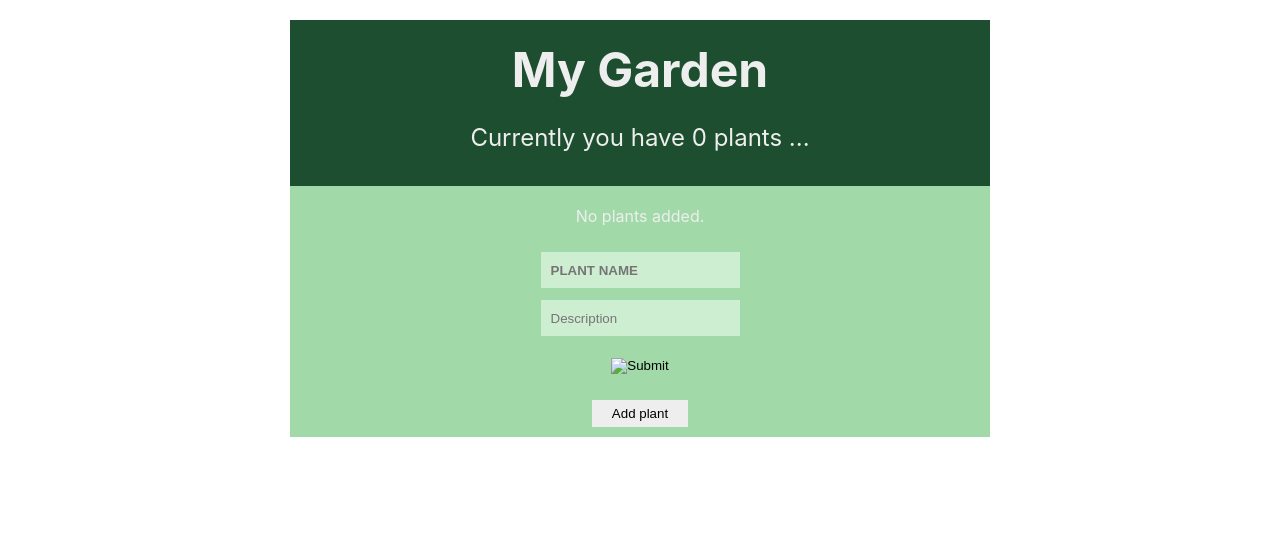
Repository: shadowmare358/MyGarden-with-Hooks-Context-Router
Page: /
These files come from the project's save history. The page is drawn as it stood at one moment and after a run of saves; the edit follows.
The browser window is 1280 px wide. The pictures show the whole page.
The project was rebuilt for these pictures with package versions that can differ from the ones it lists, and the page was loaded fresh each time. Also part of the build but not shown: src/components/BookDetails.js.

Above is the page before, as saved 2019-07-16 21:50:11.

### src/index.css
html{
  background-repeat: no-repeat;
  background-size: cover;
}
body {
  margin: 0;
  font-family: -apple-system, BlinkMacSystemFont, "Segoe UI", "Roboto", "Oxygen",
    "Ubuntu", "Cantarell", "Fira Sans", "Droid Sans", "Helvetica Neue",
    sans-serif;
  -webkit-font-smoothing: antialiased;
  -moz-osx-font-smoothing: grayscale;

}
.App{
  background: #a1daa8;
  margin: 20px auto;
  width: 90%;
  max-width: 700px;
  color: #eee;
}
.navbar{
  font-size: 24px;
  padding: 10px 20px;
  text-align: center;
  background: #1d4e30
}
.navbar h1{
  margin: 10px 0;
}

.book-list{
  margin: 20px;
}
.book-list ul{
  padding: 0;
  list-style-type: none;
}
.book-list li{
  display: flex;
  background: #215f2b;
  border-radius: 4px;
  padding: 10px;
  cursor: pointer;
  margin: 10px 0;
}
.book-list li:hover{
  opacity: 0.7;
  text-decoration: line-through;
}
.book-list .name{
  font-weight: bold;
  color: #fff;
  font-size: 1.2em;
}
.book-list .text{
  flex-grow: 1;
  align-self: center;
  font-size: 0.9em;
  color: #ddd;
}
.empty{
  margin: 20px;
  text-align: center;
}
input[type="desc"]{
  width: 100%;
  align-self: stretch;
  padding: 10px;
  box-sizing: border-box;
  margin: 6px 0;
  background: #ceeed2;
  color: #fff;
  border: 0;
}
input[type="name"]{
  width: 100%;
  align-self: stretch;
  padding: 10px;
  font-weight: bold;
  box-sizing: border-box;
  margin: 6px 0;
  background: #ceeed2;
  color: #fff;
  border: 0;
  text-transform: uppercase;
}
input[type="submit"]{
  margin: 10px auto;
  background: #eee;
  align-items: center;
  border: 0;
  padding: 6px 20px;
  display: inline-block;
}
input[type="image"]{
  margin: 10px auto;
  align-items: center;
  border: 0;
  padding: 6px 20px;
  display: inline-block;
}
form{
  display: grid;
  grid-template-rows: 1fr 1fr 1fr;
  justify-content: center;
}
img{
  width: 90px;
  height: 120px;
  align-self: flex-end;
  border: 5px solid white;
  border-radius: 20%;
}

gardenBtn{

}

### src/App.js
import React from 'react';
import Navbar from './components/Navbar';
import BookContextProvider from './contexts/BookContext';
import BookList from './components/BookList';
import NewBookForm from './components/BookForm';
import { BrowserRouter, Route} from 'react-router-dom'

function App() {
  return (
    <BrowserRouter>
    <div className="App">
      <BookContextProvider>
        <Navbar />
        <BookList />
        <Route path="/" exact component={NewBookForm}/>
        <Route path="/" exact componen/>
      </BookContextProvider>
    </div>
    </BrowserRouter>
  );
}

export default App;

### src/components/Navbar.js
import React, { useContext } from 'react';
import { BookContext } from '../contexts/BookContext';

const Navbar = () => {
  const { books } = useContext(BookContext);
  return (
    <div className="navbar">
      <h1 className="navbar__title">My Garden</h1>
      <p className="navbar__p">Currently you have {books.length} plants ...</p>
    </div>
  );
}

export default Navbar;

### src/contexts/BookContext.js
import React, { createContext, useReducer, useEffect } from 'react';
import { bookReducer } from '../reducers/bookReducer'

export const BookContext = createContext();

const BookContextProvider = (props) => {
  const [books, dispatch] = useReducer(bookReducer, [], () => {
    const localData = localStorage.getItem('books');
    return localData ? JSON.parse(localData) : []
  });
  useEffect(() => {
    localStorage.setItem('books', JSON.stringify(books))
  }, [books])

  return (
    <BookContext.Provider value={{ books, dispatch }}>
      {props.children}
    </BookContext.Provider>
  );
}

export default BookContextProvider;

### src/components/BookList.js
import React, { useContext } from 'react';
import BookDetails from './BookDetails';
import { BookContext } from '../contexts/BookContext';

const BookList = () => {
  const { books } = useContext(BookContext);
  return books.length ? (
    <div className="book-list">
      <ul>
        {books.map(book => {
          return ( <BookDetails book={book} key={book.id} /> );
        })}
      </ul>
    </div>
  ) : (
    <div className="empty">No plants added.</div>
  );
}

export default BookList;

### src/components/BookForm.js
import React, { useContext, useState} from 'react';
import {BookContext} from '../contexts/BookContext';
import plantImg from '../images/E6A94B58-3203-4FB0-9C64-87E1AD2B9DF9.png'
import {Link} from 'react-router-dom';
import MainPage from './MainPage';
import { BrowserRouter as Router, Route } from "react-router-dom";

const NewBookForm = () => {
    const {dispatch} = useContext(BookContext)
    const [title,setTitle] = useState('');
    const [author,setAuthor] = useState('');
    const [image, setImage] = useState('')
    const { books } = useContext(BookContext);

    const handleSubmit = (e) => {
        e.preventDefault();
        dispatch({type: 'ADD_BOOK', book: {title, author, image}})
        setTitle('');
        setAuthor('');
    }
    return (
        <form className="addPage" onSubmit={handleSubmit}>
            <input className="addPage_input-type-name" type="name" placeholder="Plant name" value={title} onChange={(e) => setTitle(e.target.value)} required/>
            <input className="addPage_input-type-desc" type="desc" placeholder="Description" value={author} onChange={(e) => setAuthor(e.target.value)} required/>
            <input className="addPage_input-type-image" type="image" accept="image/*" onChange={(e) => setImage(plantImg)}/>
            <input className="addPage_input-type-submit" type="submit" value="Add plant"/>
            {books.length >= 1 ? <Link to="/mainPage" className="addPage__moveMain">Move to Garden Panel</Link> : ''}
        </form>
     );
}

export default NewBookForm;

### src/reducers/bookReducer.js
import uuid from 'uuid/v1'

export const bookReducer = (state, action) => {
    switch(action.type){
        case 'ADD_BOOK':
            return [...state, {
                title: action.book.title,
                author: action.book.author,
                image: action.book.image,
                id: uuid()
            }]
        case 'REMOVE_BOOK':
            return state.filter(book => book.id !== action.id)
        default:
            return state
    }
}

### src/components/MainPage.js
import React from 'react';
import { Route } from 'react-router-dom';
const MainPage = () => {

        return (
        <h1>MainPage</h1>
        );


}

export default MainPage ;

Loaded but not shown: public/index.html (common file); src/index.js (common file); src/serviceWorker.js (common file)

After the next 2 saves:
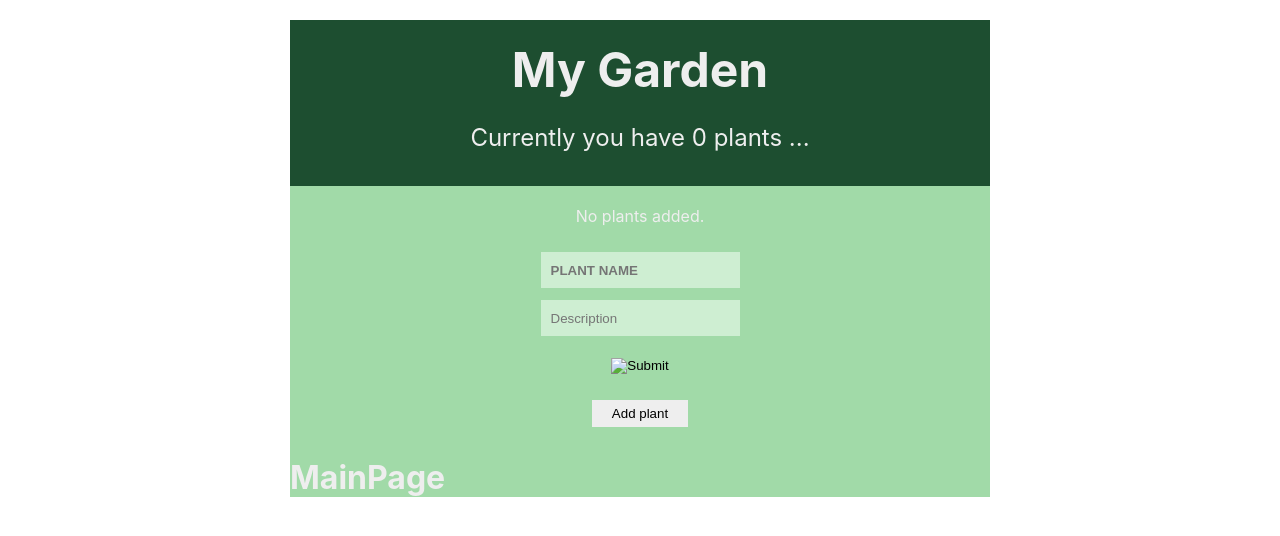
The 2 saves are shown as one change because they came seconds apart.
The last was saved 6 s later.
--- a/src/App.js
+++ b/src/App.js
@@ -4,6 +4,7 @@
 import BookList from './components/BookList';
 import NewBookForm from './components/BookForm';
 import { BrowserRouter, Route} from 'react-router-dom'
+import MainPage from './components/MainPage';
 
 function App() {
   return (
@@ -13,7 +14,7 @@
         <Navbar />
         <BookList />
         <Route path="/" exact component={NewBookForm}/>
-        <Route path="/" exact componen/>
+        <Route path="/" exact component={MainPage}/>
       </BookContextProvider>
     </div>
     </BrowserRouter>

After the save that followed:
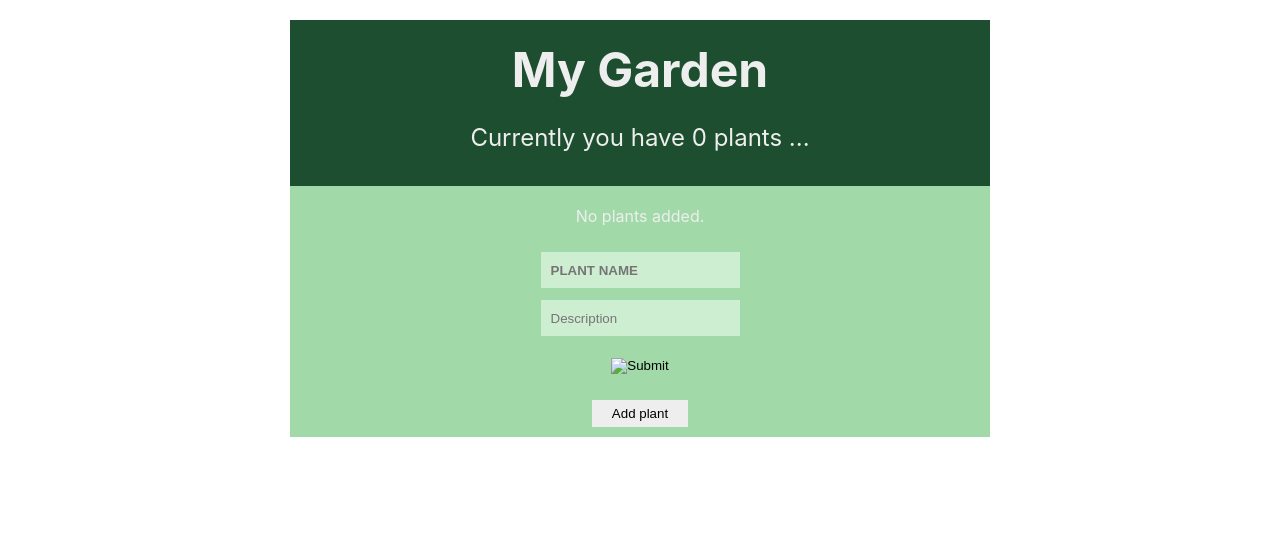
Saved 5 s later.
--- a/src/App.js
+++ b/src/App.js
@@ -14,7 +14,7 @@
         <Navbar />
         <BookList />
         <Route path="/" exact component={NewBookForm}/>
-        <Route path="/" exact component={MainPage}/>
+        <Route path="/mainPage" exact component={MainPage}/>
       </BookContextProvider>
     </div>
     </BrowserRouter>
